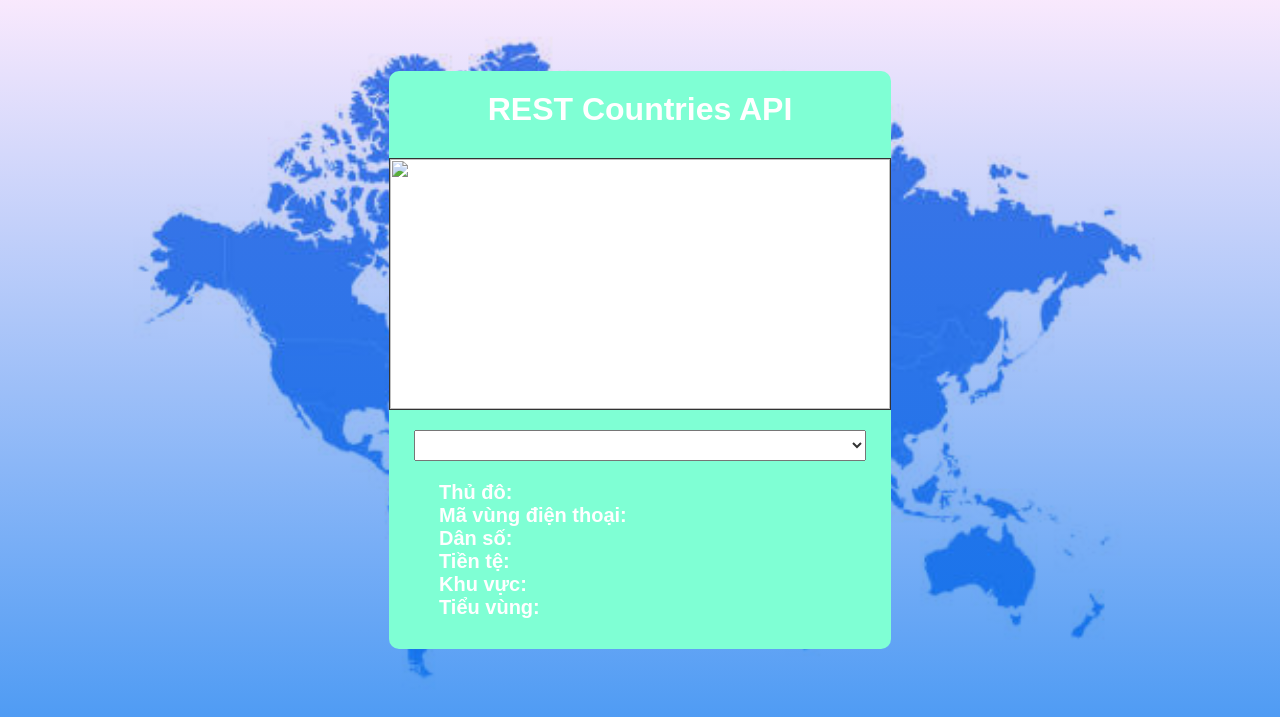
Repository: KhoaTran204/Rest-countries-api-app
Page: index.html
These files come from the project's save history. The page is drawn as it stood at one moment and after the next save; the edit follows.
The browser window is 1280 px wide. The pictures show the whole page.
The page's requests for data from a server got no answer.

Above is the page before, as saved 2024-04-14 08:52:21.

After the next save:
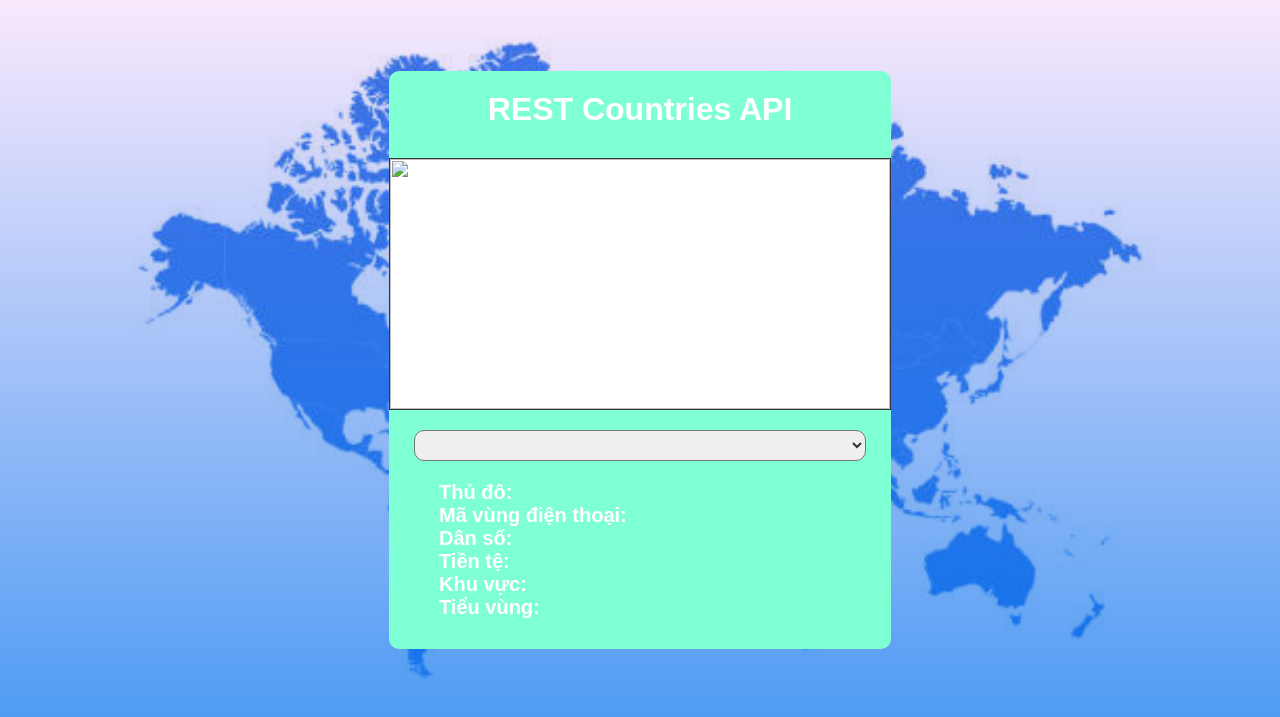
Saved 18 s later.
--- a/style.css
+++ b/style.css
@@ -60,6 +60,7 @@ body {
 }
 #info-container select {
   display: block;
+  border-radius: 10px;
   margin: 20px auto;
   padding: 5px;
   min-width: 90%;
